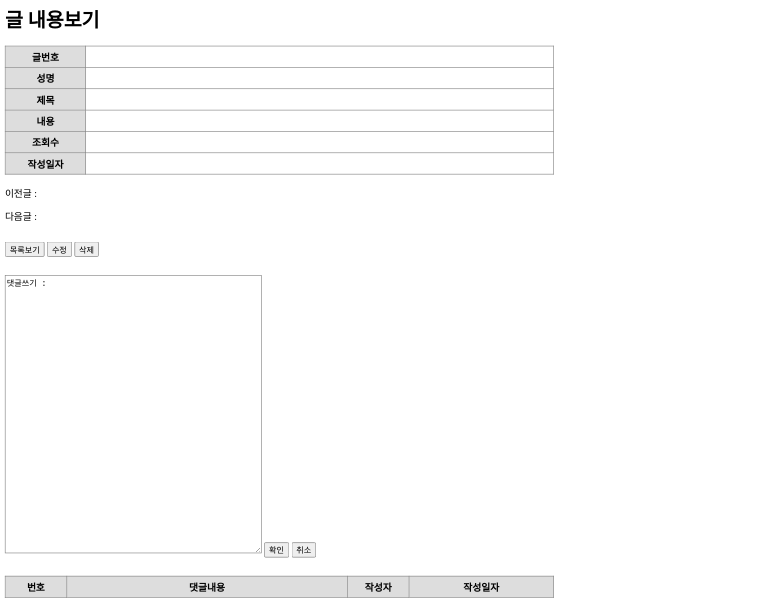
Repository: gold37/Spring
Page: http://localhost/Board/WEB-INF/views/tiles1/board/view.jsp
The author's editor kept a copy of each file at every save. The page is drawn from the files as they stood at one save, then again after the next save.
The browser window is 1280 px wide. The pictures show the whole page, at 61% of full size.
The page is served by Tomcat 9. Nobody is signed in. The template is opened directly, without the code that normally fills it, so the values that code supplies are empty.

Above is the page before, as saved 2020-07-17 06:43:15.
Console error: ReferenceError: $ is not defined

After the next save:
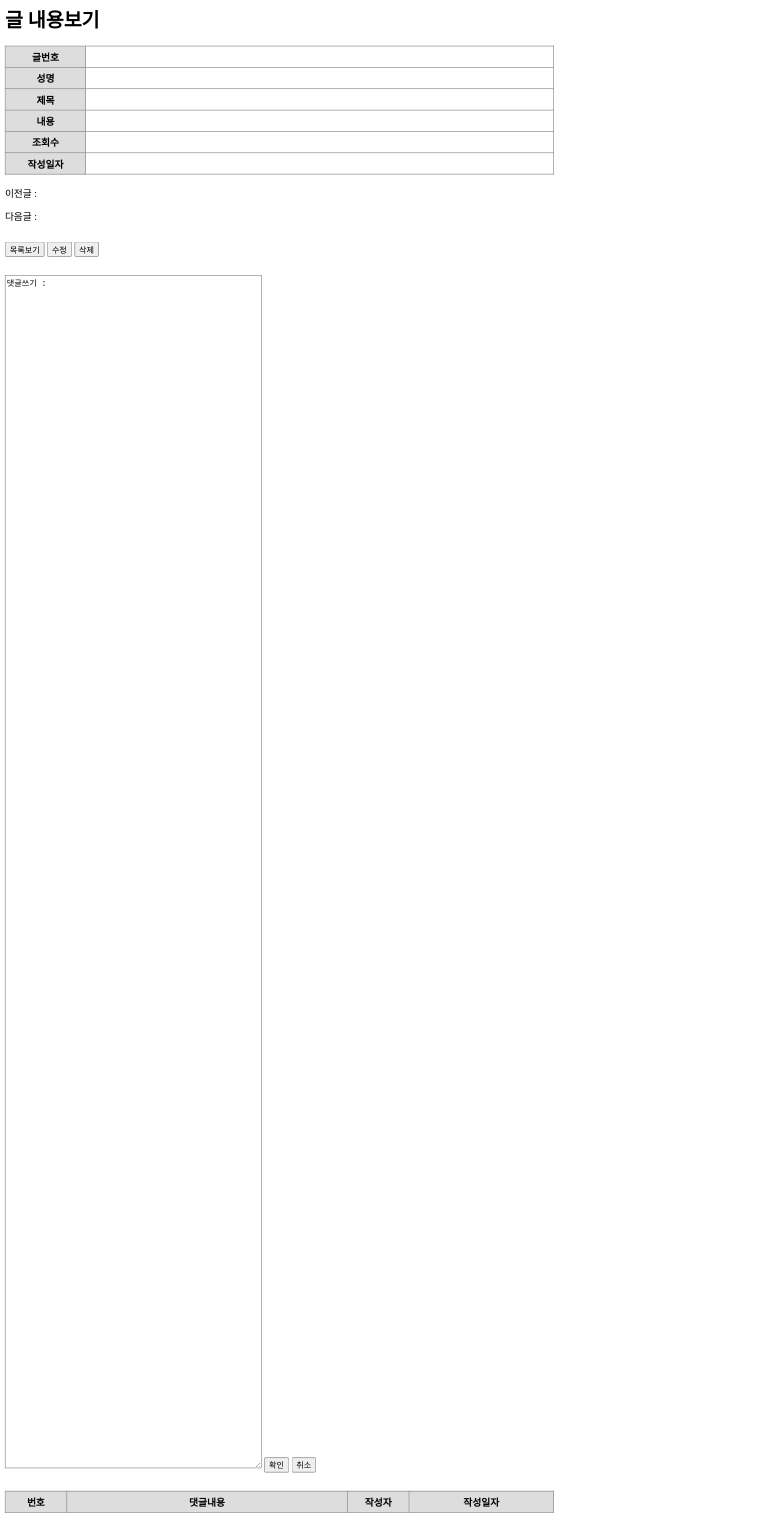
Saved 7 s later.
--- a/springworkspace/Board/src/main/webapp/WEB-INF/views/tiles1/board/view.jsp
+++ b/springworkspace/Board/src/main/webapp/WEB-INF/views/tiles1/board/view.jsp
@@ -96,7 +96,7 @@ a {text-decoration: none !important;}
 
 
 	<div style="margin-top: 30px;">
-		<textarea rows="30" cols="50">댓글쓰기 :</textarea>
+		<textarea rows="130" cols="50">댓글쓰기 :</textarea>
 		<button>확인</button>
 		<button>취소</button>
 	</div>
